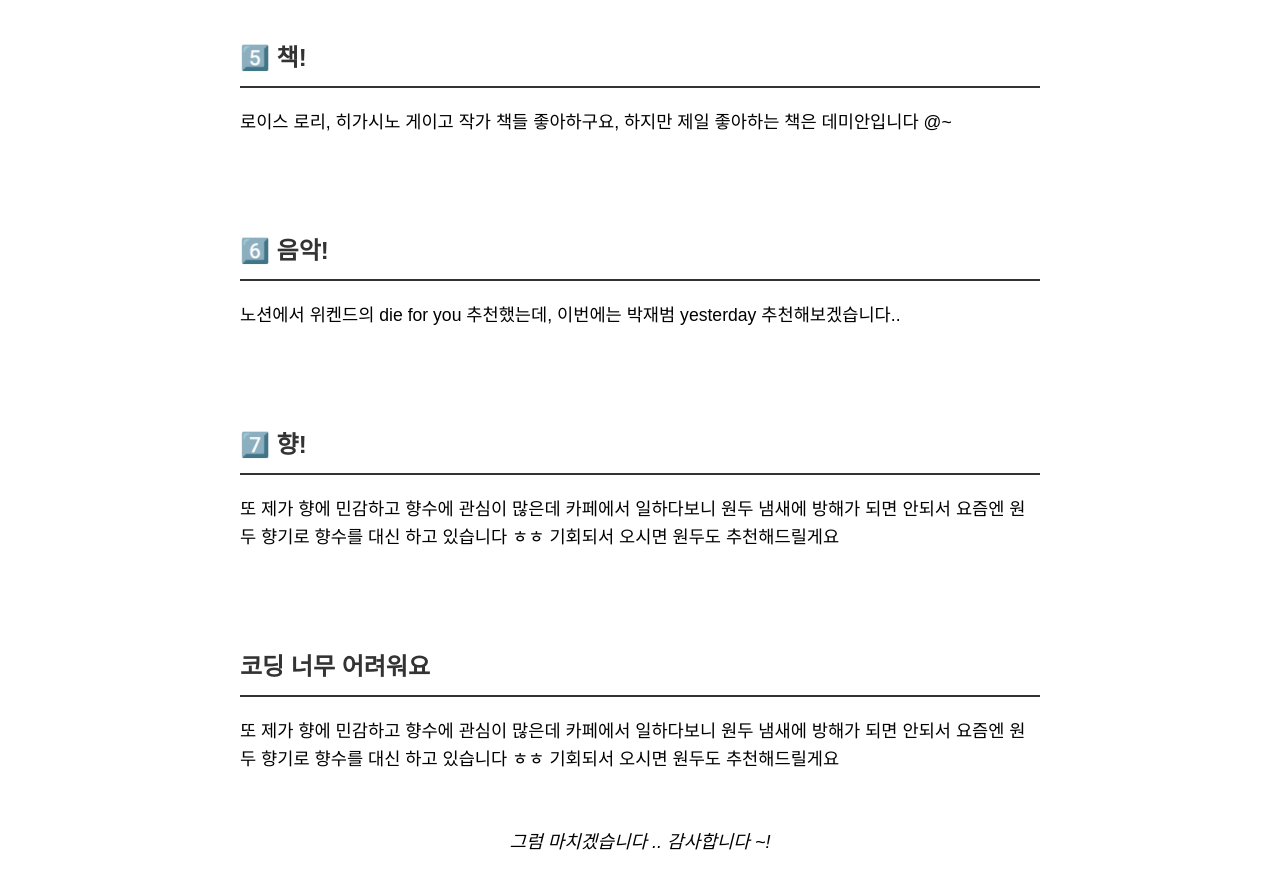
Repository: 211-k/211-k.github.io
Page: index.html
These files come from the project's save history. The page is drawn as it stood at one moment and after the next save; the edit follows.
The browser window is 1280 px wide. The pictures show the part of the page from y = 2919 to 3793 px (the page is 3793 px tall before and 3719 px after).
A picture or video elsewhere on the page could not be fetched, so the positions and the page height are approximate.

Above is the page before, as saved 2023-03-23 02:05:09.

After the next save:
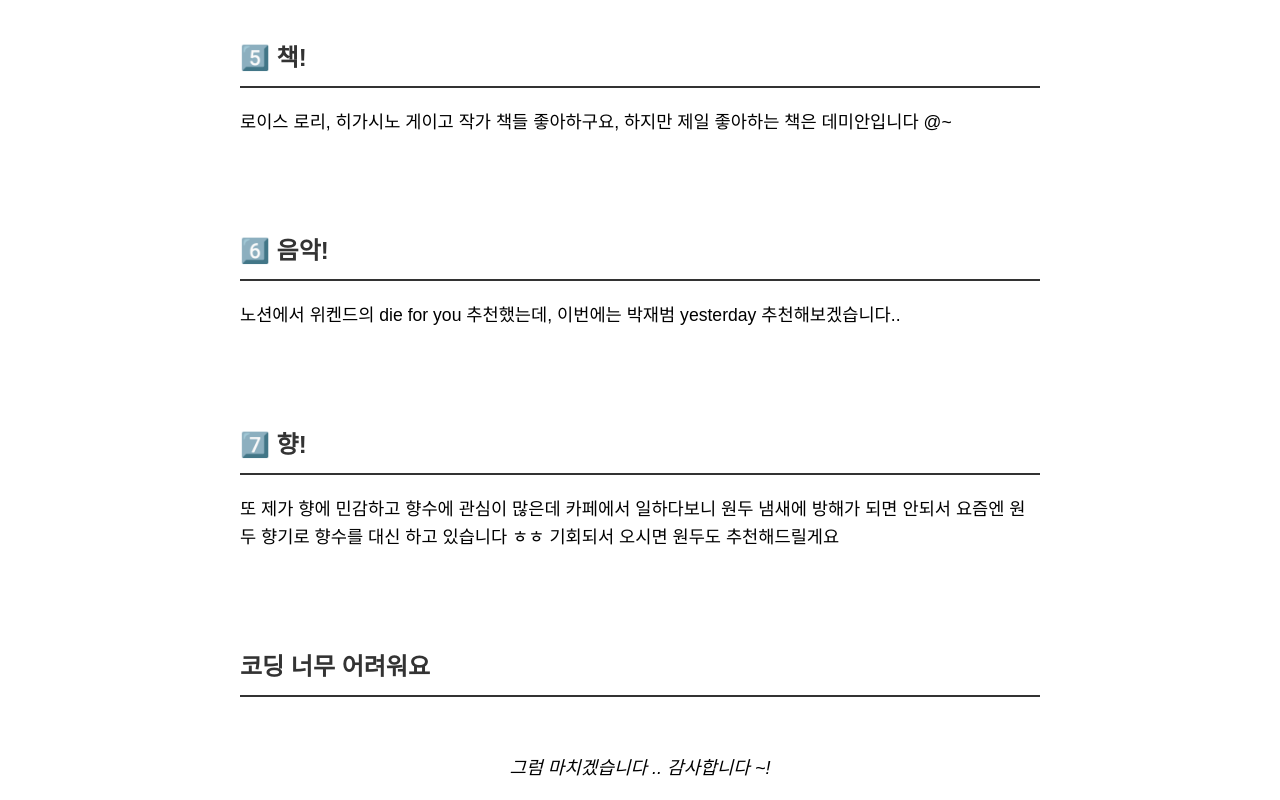
Saved 4 s later.
--- a/index.html
+++ b/index.html
@@ -58,9 +58,7 @@
     </div>
     <div>
         <h2 class="subtitle">코딩 너무 어려워요</h2>
-        <p class="content">또 제가 향에 민감하고 향수에 관심이 많은데 카페에서 일하다보니 원두 냄새에 방해가 되면 안되서 요즘엔 원두 향기로 향수를 대신 하고 있습니다 ㅎㅎ
-            기회되서 오시면 원두도 추천해드릴게요
-        </p>
+
     </div>
     <p class="end">그럼 마치겠습니다 .. 감사합니다 ~!</p>
 </body>
